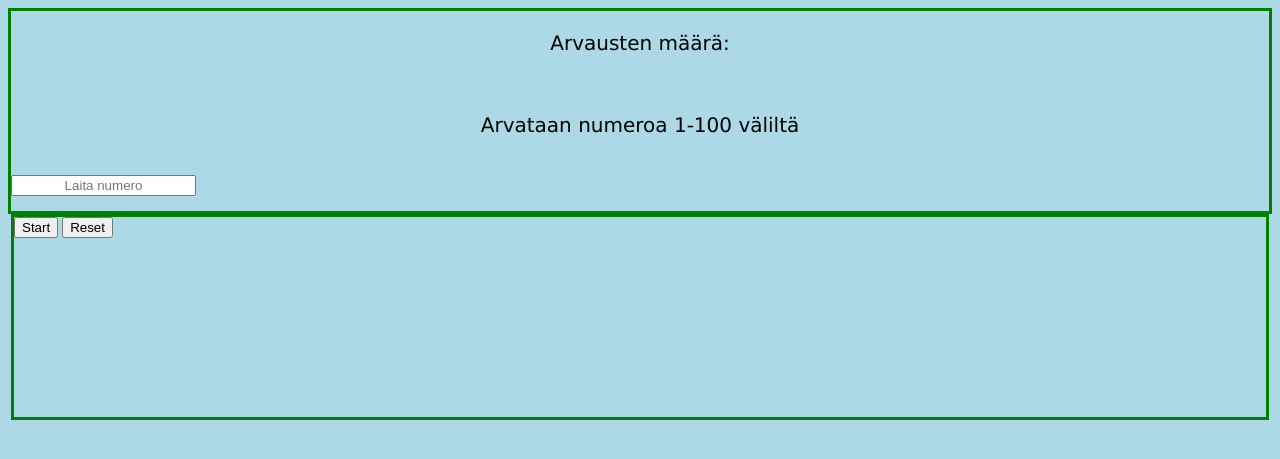
Repository: VadimZubchenko/numeronarvouspeli_JS
Page: public/index.html
The author's editor kept a copy of each file at every save. The page is drawn from the files as they stood at one save, then again after the next save.
The browser window is 1280 px wide. The pictures show the whole page.

Above is the page before, as saved 2022-04-26 07:56:38.

### public/index.html
<!DOCTYPE html>
<html lang="en">
<head>
  <meta charset="UTF-8">
  <meta http-equiv="X-UA-Compatible" content="IE=edge">
  <meta name="viewport" content="width=device-width, initial-scale=1.0">
  <title>Numeroarvouspeli</title>
  <script src="script.js"></script>
  <link rel="stylesheet" href="mystyle.css">
</head>
<body>
  <div>
    <p id="maara" >Arvausten määrä: </p>
    <br>
    <p id="message" value="0"> Arvataan numeroa 1-100 väliltä </p>
    <br>
    <input type="text" id="numero" name="numero" onfocus="this.value='' "placeholder="Laita numero">
    <br>
    <br>
    <div>
      <button id="startGame" onclick="startGame()">Start</button>
      <button id="resetGame" onclick="resetGame()">Reset</button>
    </div>


  </div>
</body>
</html>

### public/script.js
var running = 0;

let lastMin = 0;
let lastMax = 101;
let kpl = 0;

let arvo = Math.floor(Math.random() * 100);
console.log("Arvo :" + arvo);

function startGame() {
  let text = document.getElementById("message");
  text.style.color = "";
  document.body.style.backgroundColor = "";
  let clientArvo = document.getElementById("numero").value;
  //tarkistetaan syöty arvo onko numerollinen. jos on, sitten 'false'
  let checkNaN = isNaN(clientArvo);

  console.log("clientArvo: " + clientArvo);
  console.log("ei ole numero: " + checkNaN);

  if (lastMin < clientArvo && clientArvo < lastMax && !checkNaN) {
    if (clientArvo < arvo) {
      lastMin = clientArvo;
      document.getElementById("message").innerHTML =
        "Valitse luku suurempi kuin: " + clientArvo + ". <br>Yritä uudelleen!";
      kpl++;
    }
    if (clientArvo > arvo) {
      lastMax = clientArvo;
      document.getElementById("message").innerHTML =
        "Valitse luku pienempi kuin: " + clientArvo + ". <br>Yritä uudelleen!";
      kpl++;
    }
    if (clientArvo == arvo) {
      document.getElementById("message").innerHTML =
        "Arvosit oikein! Se oli " + arvo + ".";

      text.style.color = "red";
      document.body.style.backgroundColor = "yellow";
    }
  } else {
    document.getElementById("message").innerHTML =
      "Ups! Jotain meni pielen. <br>Syötä numerollinen arvo, joka suurempi kuin " +
      lastMin +
      " ja pienempi kuin : " +
      lastMax;
    text.style.color = "red";
    document.body.style.backgroundColor = "pink";
  }
  document.getElementById("maara").innerHTML = "Arvausten määrä: " + kpl;
  console.log("min:" + lastMin);
  console.log("max: :" + lastMax);
}

function resetGame() {
  clientArvo = 0;
  arvo = 0;
  lastMin = 0;
  lastMax = 101;
  kpl = 0;
  document.getElementById("numero").value = "";
  document.getElementById("maara").innerHTML = "Arvausten määrä: " + kpl;
  message = document.getElementById("message");
  document.getElementById("message").innerHTML = "Arva numero 1-100 väliltä";
  document.body.style.backgroundColor = "";
  message.style.color = "";
}

### public/mystyle.css
body {
  background-color: lightblue;
}


div{
  height: 200px;
  position: relative;
  border: 3px solid green;
}
input {
  color: black;
  text-align: center;
}

p {
  font-family: verdana;
  font-size: 20px;
  color: black;
  text-align: center;
}

After the next save:
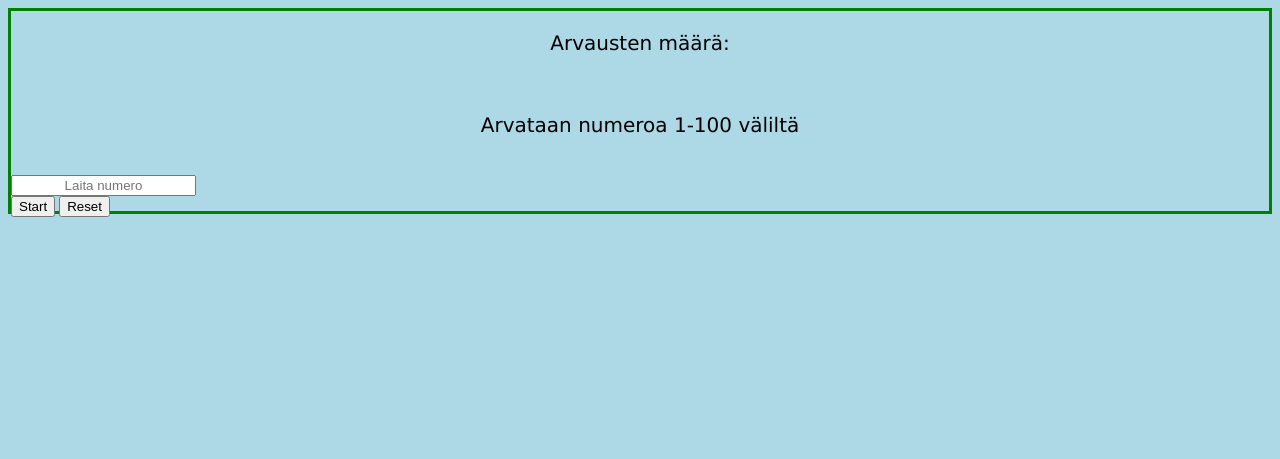
Saved 58 s later.
--- a/public/index.html
+++ b/public/index.html
@@ -16,12 +16,8 @@
     <br>
     <input type="text" id="numero" name="numero" onfocus="this.value='' "placeholder="Laita numero">
     <br>
-    <br>
-    <div>
-      <button id="startGame" onclick="startGame()">Start</button>
-      <button id="resetGame" onclick="resetGame()">Reset</button>
-    </div>
-
+    <button id="startGame" onclick="startGame()">Start</button>
+    <button id="resetGame" onclick="resetGame()">Reset</button>
 
   </div>
 </body>
